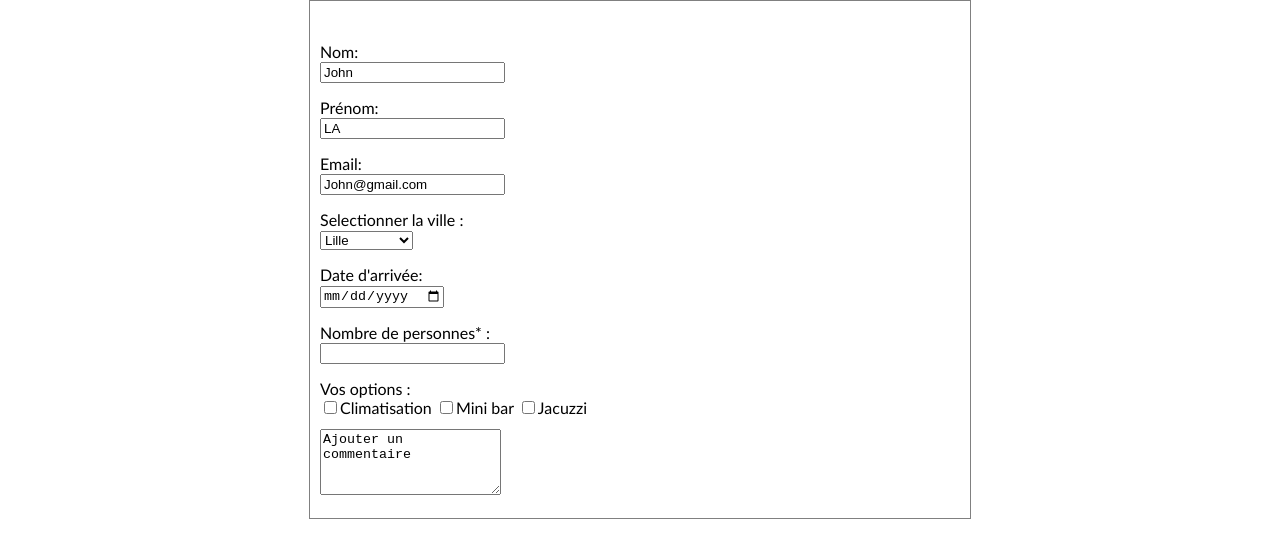
Repository: Coumba25040/coumbaProjet
Page: Env/index.html
These files come from the project's save history. The page is drawn as it stood at one moment and after the next save; the edit follows.
The browser window is 1280 px wide. The pictures show the whole page.

Above is the page before, as saved 2024-10-14 19:54:36.

### Env/index.html
<!DOCTYPE html>
<html lang="fr">

<head> <!-- partie invisible -->
    <meta charset="UTF-8">
    <meta http-equiv="X-UA-Compatible" content="IE=edge">
    <meta name="viewport" content="width=device-width, initial-scale=1.0">
    <title>Formulaire de réservation</title>

    <style>
        body {
            width: 50%;
            margin: auto;
            border: 1px solid gray;
            padding: 20px 10px;
            font-family: 'Gill Sans', 'Gill Sans MT', Calibri, 'Trebuchet MS', sans-serif;
        }

        h1,
        h3 {
            background: white;
            text-align: center;
        }

        label,
        input,
        select {
            margin-bottom: 15px;
        }
    </style>
</head>

<body> <!-- corps de la page début du contenu qui sera affiché -->

    <h1> </h1> <!-- Titre de niveau 1 -->
    <h3> </h3> <!-- Titre de niveau 3 (plus petit) -->

    <!-- début du formulaire -->
    <form id="registration_form" method="POST">
        <label for="Nom">Nom:<br>
<input type="text" name="Nom" value="John"></label></br>

<label for="Nom">Prénom:<br>
    <input type="text" name="Prénom" value="LA"></label></br>

    <label for="Email">Email:<br>
        <input type="text" name="Email" value="John@gmail.com"></label></br>


        <label for="ville">Selectionner la ville : </label> <br>

        <select id="ville" name="ville">

            <option value="ville">Lille</option>
            <option value="ville">Paris</option>
            <option value="ville">Bordeaux</option>
            <option value="ville">Marseille</option>
            <option value="ville">Nantes</option>
            <option value="ville">Lyon</option>
            <option value="ville">La Rochelle</option>
            <option value="ville">Poitiers</option>
            <option value="ville">Toulouse</option>

        </select></br>

        <label for="date">Date d'arrivée:</label><br>
        <input type="date"></br>


        <label for="nombre de personnes">Nombre de personnes* :<br>
            <input type="number"name="Nombre" value="option"></label></br>


            <label for="Vos option">Vos options :<br>
            <input type="checkbox"name="option" value="climatisation">Climatisation</label></input>
            <input type="checkbox"name="option" value="climatisation">Mini bar</label></input>
            <input type="checkbox"name="option" value="climatisation">Jacuzzi</label></input></br>



        <textarea name="commentaire" rows="4" cols="20">Ajouter un commentaire</textarea>



    </form> <!--  fin du formulaire -->
</body> <!-- fin du contenu de la page -->

</html>

After the next save:
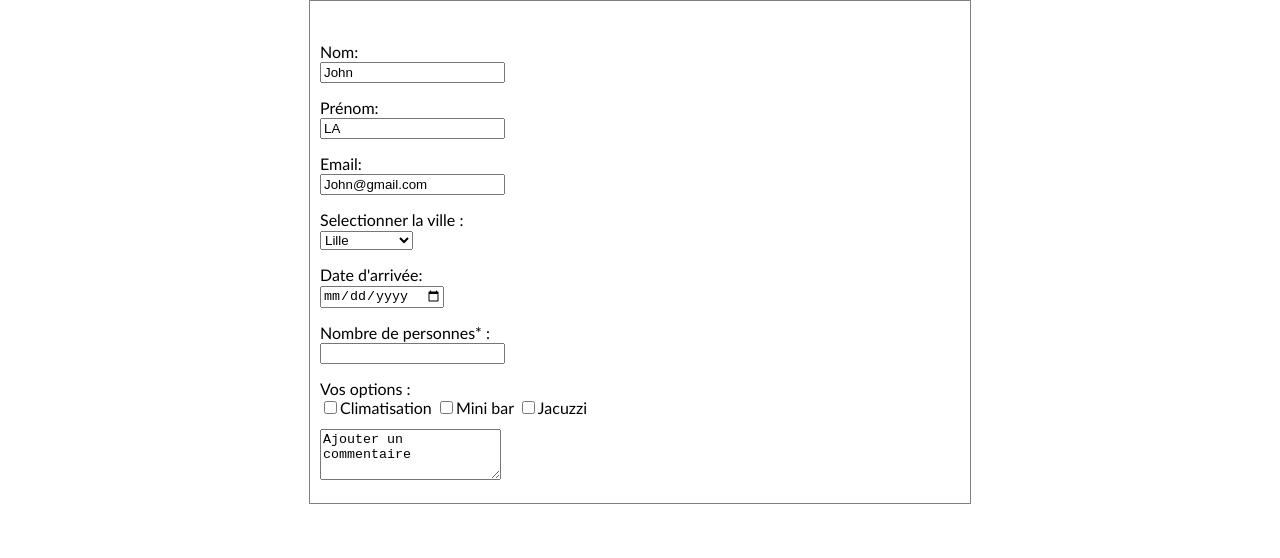
Saved 22 s later.
--- a/Env/index.html
+++ b/Env/index.html
@@ -78,7 +78,7 @@
 
 
 
-        <textarea name="commentaire" rows="4" cols="20">Ajouter un commentaire</textarea>
+        <textarea name="commentaire" rows="3" cols="20">Ajouter un commentaire</textarea>
 
 
 
